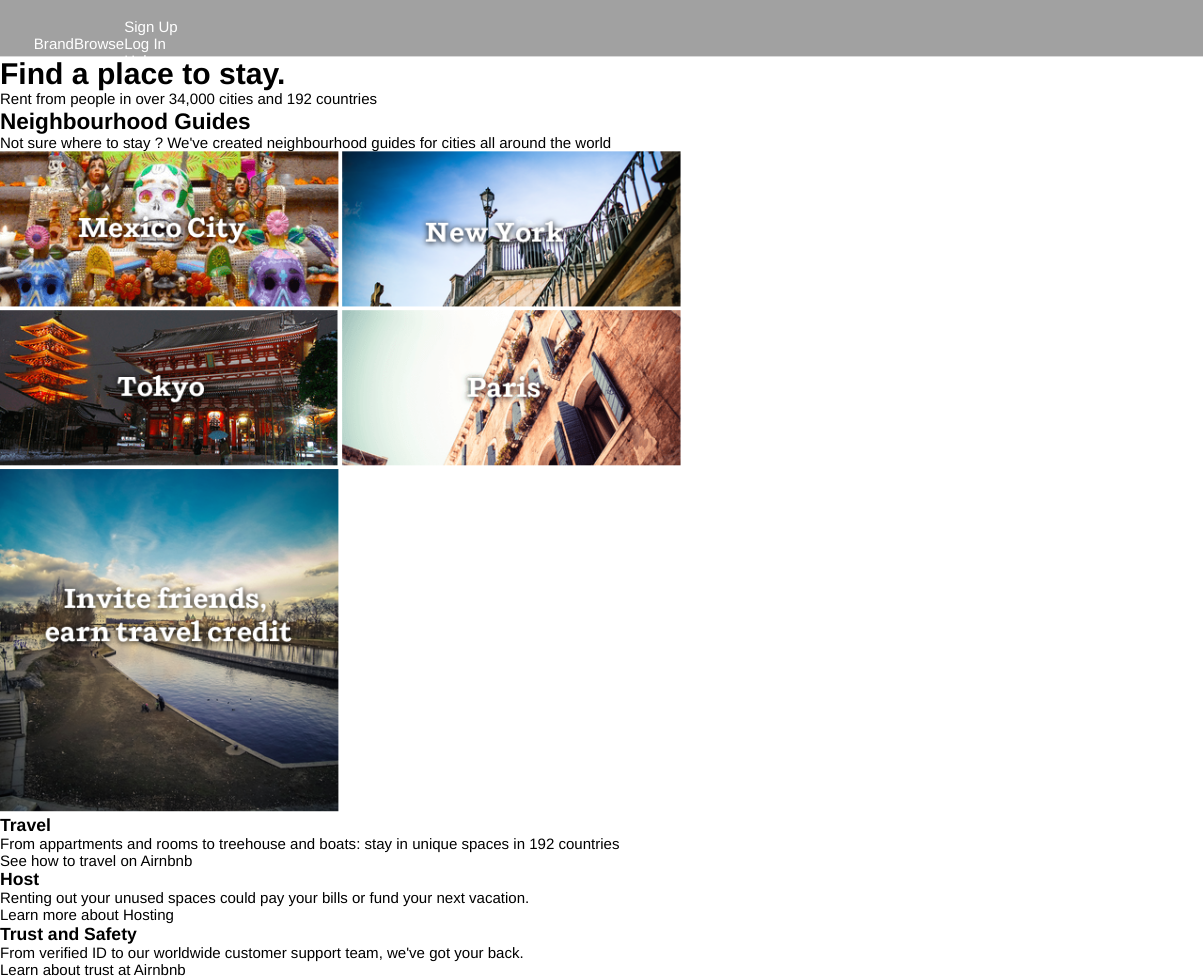
Repository: Naohonproject/web101x02-asm3
Page: Project3.html
The author's editor kept a copy of each file at every save. The page is drawn from the files as they stood at one save, then again after the next save.
The browser window is 1280 px wide. The pictures show the whole page, at 94% of full size.

Above is the page before, as saved 2022-01-21 23:27:34.

### Project3.html
<!-- @format -->

<!DOCTYPE html>
<html lang="en">
	<head>
		<meta charset="UTF-8" />
		<meta http-equiv="X-UA-Compatible" content="IE=edge" />
		<meta name="viewport" content="width=device-width, initial-scale=1.0" />
		<link rel="stylesheet" href="./assets/css/style.css" />
		<link rel="stylesheet" href="./assets/css/responsive.css" />
		<link rel="stylesheet" href="./assets/css/layout.css">
		<title>Home</title>
	</head>
	<body class="home-body">
		<header id="header">
			<div class="header-wrapper">
				<div class="nav-bar">
					<div class="left-col">
						<div class="nav-item">
							<a href="#">Brand</a>
						</div>

						<div class="nav-item">
							<a href="#">Browse</a>
						</div>
					</div>

					<div class="right-col">
						<div class="nav-item">
							<a href="Signup.html" target="_blank">Sign Up</a>
						</div>

						<div class="nav-item">
							<a href="login.html" target="_blank">Log In</a>
						</div>

						<div class="nav-item">
							<a href="#" target="_blank">Help</a>
						</div>
					</div>
				</div>
			</div>
		</header>

		<!-- <video
			src="./assets/video/slider.mp4"
			controls
			autoplay
			muted
			style="width: 100%"
		></video> -->

		<div id="banner">
			<div class="banner-wrapper">
				<div class="banner-text-content">
					<div class="content-heading">
						<h1 class="white-text">Find a place to stay.</h1>
					</div>
					<div class="content-desc">
						<p class="white-text">
							Rent from people in over 34,000 cities and 192 countries
						</p>
					</div>
				</div>
			</div>
		</div>

		<div id="content">
			<div class="content-wrapper box-padding">
				<div class="content-heading">
					<h2>Neighbourhood Guides</h2>
					<p>
						Not sure where to stay ? We've created neighbourhood guides for
						cities all around the world
					</p>
				</div>
				<div class="content-images-table">
					<div class="image-block">
						<img
							class="first-img"
							src="./assets/img/web101x-Mexico City.png"
							alt="Mexico City"
							width="360"
						/>
						<img
							src="./assets/img/web101x-New York.png"
							alt="New York City"
							width="360"
						/>
					</div>
					<div class="image-block">
						<img
							class="first-img"
							src="./assets/img/web101x-Tokyo.png"
							alt="Tokyo City"
							width="360"
						/>
						<img
							src="./assets/img/web101x-Paris.png"
							alt="Paris City"
							width="360"
						/>
					</div>
					<div class="image-block">
						<img
							src="./assets/img/web101x-Invitation.png"
							alt="Invitation image"
							width="360"
						/>
					</div>
				</div>
				<div class="clear"></div>
			</div>
		</div>

		<footer id="footer">
			<div class="footer-wrapper box-padding">
				<div class="footer-block">
					<h3 class="bold-text">Travel</h3>
					<p>
						From appartments and rooms to treehouse and boats: stay in unique
						spaces in 192 countries
					</p>
					<a href="#">See how to travel on Airnbnb</a>
				</div>

				<div class="footer-block">
					<h3 class="bold-text">Host</h3>
					<p>
						Renting out your unused spaces could pay your bills or fund your
						next vacation.
					</p>
					<a href="#">Learn more about Hosting</a>
				</div>

				<div class="footer-block">
					<h3 class="bold-text">Trust and Safety</h3>
					<p>
						From verified ID to our worldwide customer support team, we've got
						your back.
					</p>
					<a href="#">Learn about trust at Airnbnb</a>
				</div>
				<div class="clear"></div>
			</div>
		</footer>
		</div>
	</body>
</html>

### assets/css/style.css
/**
 * /* ======reset css======
 *
 * @format
 */

*,
::before,
::after {
	padding: 0;
	margin: 0;
	box-sizing: border-box;
	list-style-type: none;
	text-decoration: none;
	color: #000;
}

html {
	font-family: "Helvetica Neue", Helvetica, Arial;
}

#header {
	width: 100vw;
	height: 60px;
	background-color: #a1a1a1;
	background-clip: border-box;
}

.header-wrapper {
	font-size: 16px;
	padding: 20px 36px;
	display: block;
}

.nav-bar a {
	color: #fff;
}

### assets/css/layout.css
/** @format */

#header {
	width: 100vw;
	height: 60px;
	background-color: #a1a1a1;
	background-clip: border-box;
}

.nav-bar {
	display: flex;
	flex-direction: row;
	flex-wrap: no-wrap;
	align-items: center;
}

.left-col {
	display: flex;
	flex-direction: row;
	justify-content: flex-start;
    align-items: center;

.right-col {
	display: flex;
	flex-direction: row;
	justify-content: flex-end;
}

.nav-item {
	flex-basis: 200px;
	flex-grow: 1;
	flex-shrink: 1;
}

Loaded but not shown: assets/css/responsive.css (no copy from this time; the picture is the same without it)

After the next save:
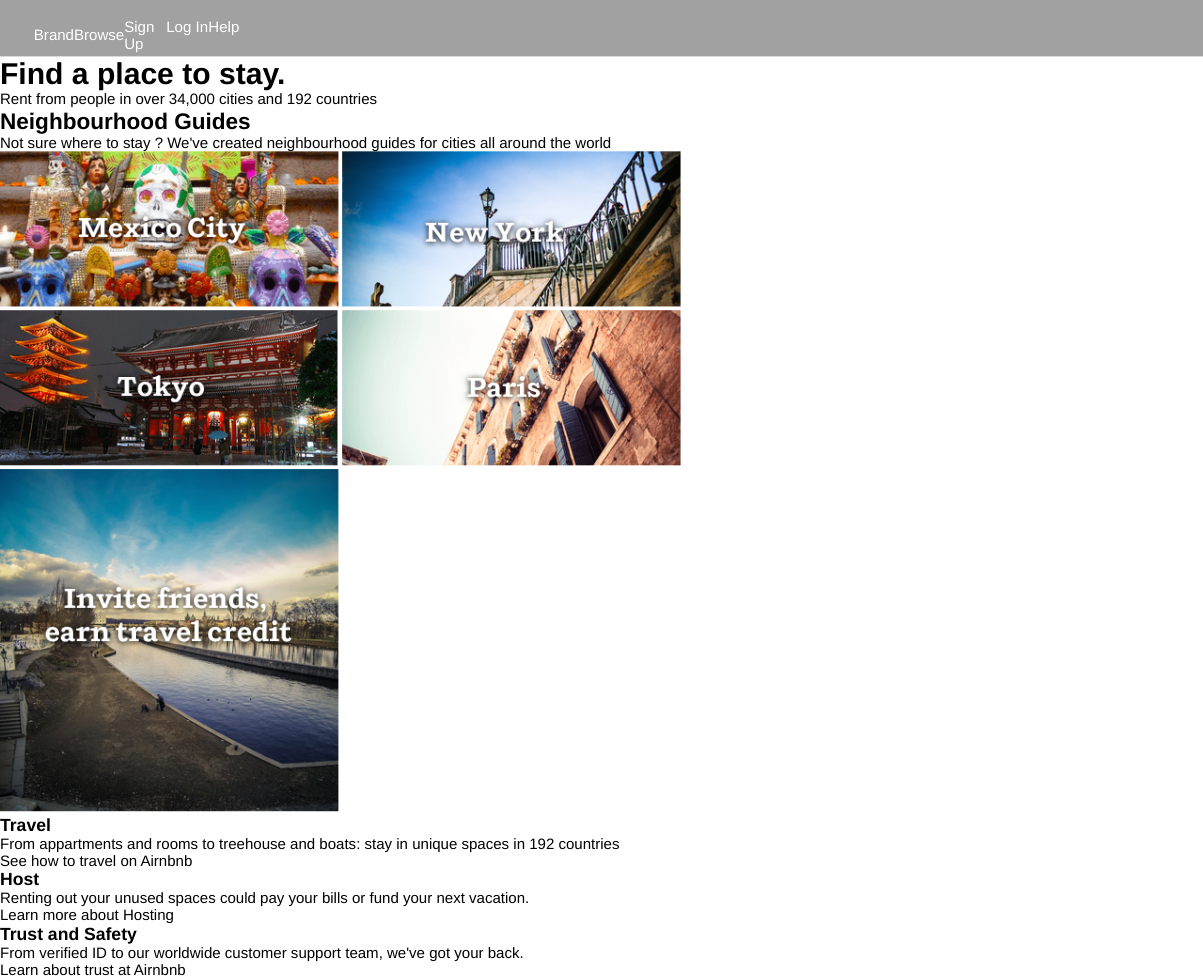
Saved 6 s later.
--- a/assets/css/layout.css
+++ b/assets/css/layout.css
@@ -18,8 +18,8 @@
 	display: flex;
 	flex-direction: row;
 	justify-content: flex-start;
-    align-items: center;
-
+	align-items: center;
+}
 .right-col {
 	display: flex;
 	flex-direction: row;
